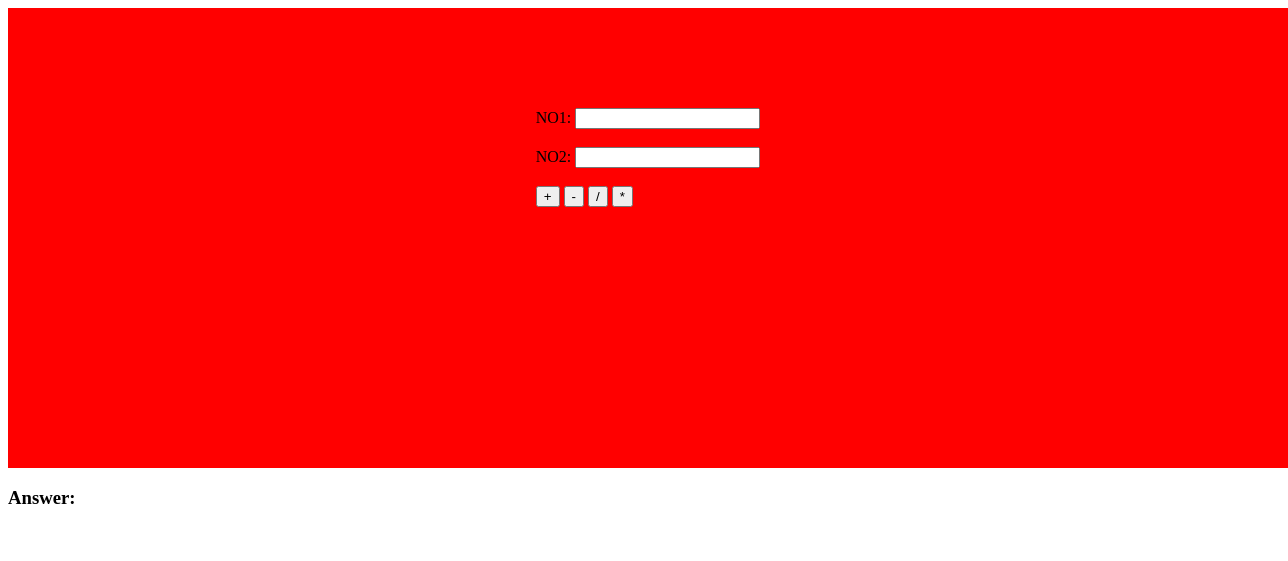
Repository: sajithmadushanka/simple-calculator-using-jsp
Page: http://localhost/simple_calculator/
The author's editor kept a copy of each file at every save. The page is drawn from the files as they stood at one save, then again after the next save.
The browser window is 1280 px wide. The page is 1288 px wide, so the pictures cover 1288 px, including what lies to the right of the window. The pictures show the whole page.
The page is served by Tomcat 9. Other server files are loaded and not shown.

Above is the page before, as saved 2023-09-19 09:18:51.

### simple_calculator/WebContent/index.jsp
<%@ page language="java" contentType="text/html; charset=ISO-8859-1"
    pageEncoding="ISO-8859-1"%>
<!DOCTYPE html>
<html>
<head>
<meta charset="ISO-8859-1">
<title>simple calculator</title>
<style>
	.main{
			background-color : red;
			width :100vw;
			height : 50vh;
			display: flex;
		    justify-content: center;
		   	padding-top:100px;
		}
</style>
</head>
<body>
	<div class ="main">
		<form>
			NO1: <input type="number" name = "no1"> <br> <br>
			NO2: <input type="number" name = "no2"> <br> <br>
			<input type = "button" name = "+" value= "+">
			<input type = "button" name = "-" value= "-">
			<input type = "button" name = "/" value= "/">
			<input type = "button" name = "*" value= "*"><br>
		</form>

	</div>
		<h3 &nbsp &nbsp &nbsp &nbsp> Answer: </h3>
</body>
</html>

After the next save:
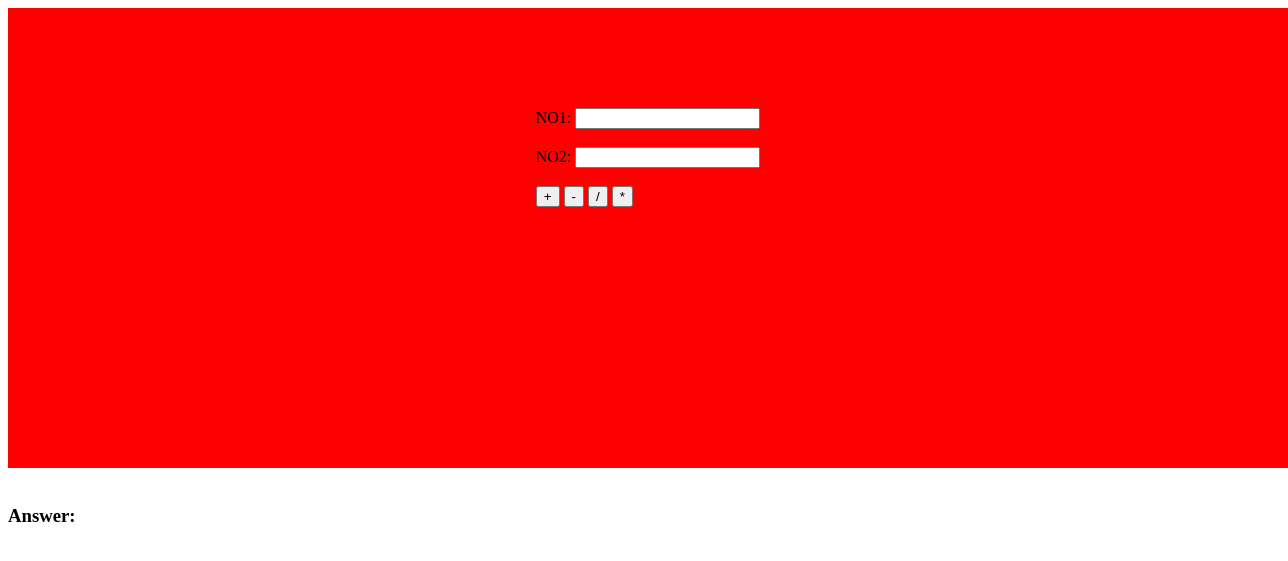
Saved 30 s later.
--- a/simple_calculator/WebContent/index.jsp
+++ b/simple_calculator/WebContent/index.jsp
@@ -28,6 +28,6 @@
 		</form>
 
 	</div>
-		<h3 &nbsp &nbsp &nbsp &nbsp> Answer: </h3>
+		&nbsp &nbsp &nbsp &nbsp <h3 > Answer: </h3>
 </body>
 </html>
